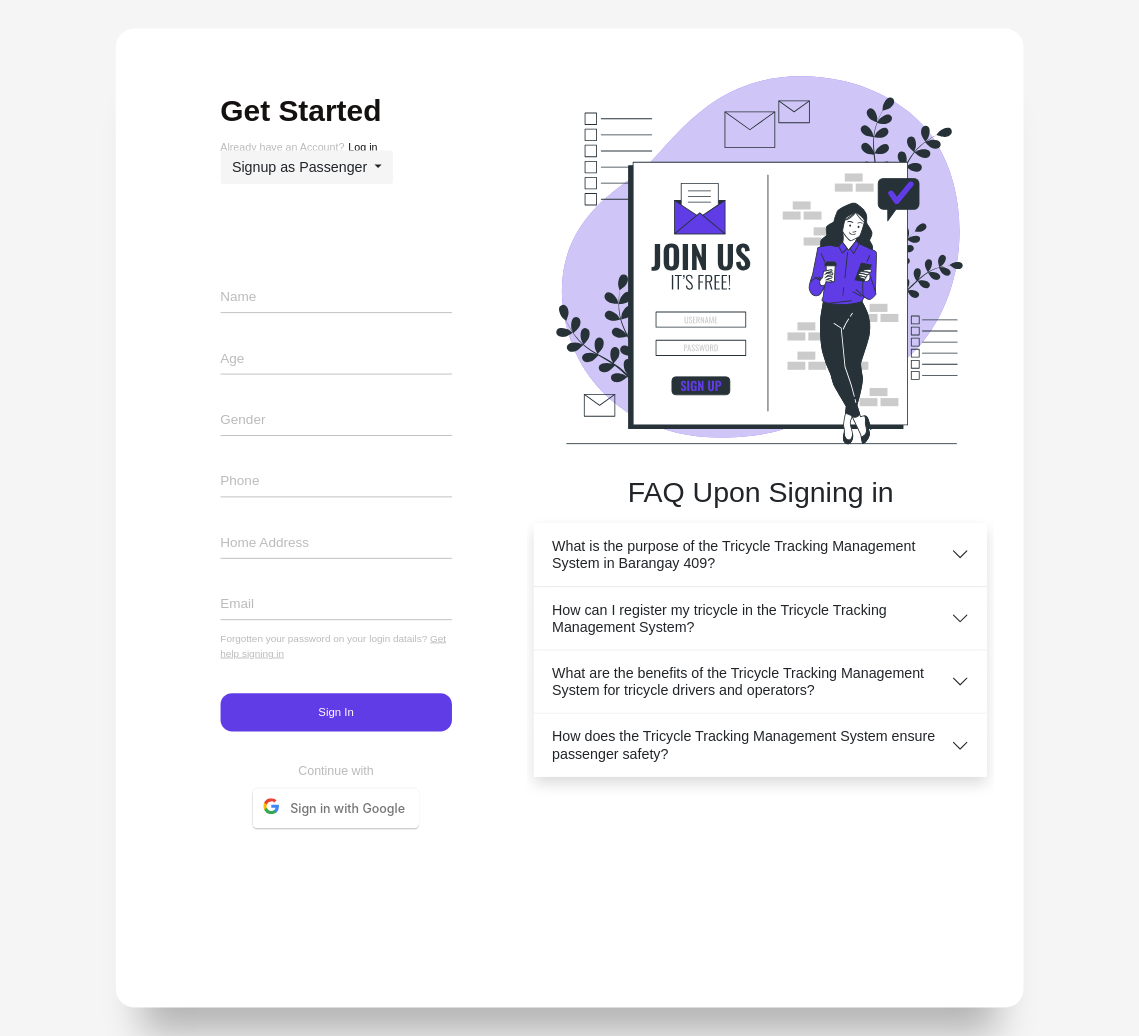
Repository: adrcstro/plate-to-place
Page: http://localhost/Loginsystem/Passenger.php
An editor plug-in stored every save of this project. The page is shown before and after the next save, followed by the edit.
The browser window is 1280 px wide. The pictures show the whole page, at 89% of full size.
Some web fonts or font styles are not loaded; a fallback is used. Some web libraries are served in a nearby version. The page is run by PHP 8.4 with error messages shown; the project is at /var/www/html/.

Above is the page before, as saved 2023-10-31 12:51:00.

### Loginsystem/Passenger.php
<!DOCTYPE html>
<html lang="en">
<head>
    <meta charset="UTF-8">
    <meta name="viewport" content="width=device-width, initial-scale=1.0">
    <link rel="shortcut icon" type="x-icon" href="../images/webicon.png">
    <link rel="stylesheet" href="../css/bootstrap.min.css">
    <link rel="stylesheet" href="https://cdnjs.cloudflare.com/ajax/libs/font-awesome/6.3.0/css/all.min.css" integrity="sha512-SzlrxWUlpfuzQ+pcUCosxcglQRNAq/DZjVsC0lE40xsADsfeQoEypE+enwcOiGjk/bSuGGKHEyjSoQ1zVisanQ==" crossorigin="anonymous" referrerpolicy="no-referrer"/>
    <link rel="stylesheet" href="passenger.css">

    <title>Brangay409-3WHeel-Tracking-System</title>
</head>

<body>

<main>
      <div class="box">
        <div class="inner-box">
          <div class="forms-wrap">
            <form action="index.html" autocomplete="off" class="sign-in-form">

<script>
    function changeLoginType(type) {
        document.getElementById('loginDropdown').innerText = 'Login as ' + type;
    }
</script>
              <div class="heading">
                <h2>Get Started</h2>
                <h6>Already have an Account?</h6>
                <a href="#" class="toggle" data-target="img-2">Log in</a>
              </div>
              <div class="dropdown">
    <button class="btn dropdown-toggle" type="button" data-bs-toggle="dropdown" aria-expanded="false" id="loginDropdown">
        Signup as Passenger
    </button>
    <ul class="dropdown-menu">
        <li><a class="dropdown-item" href="Passenger.php" onclick="changeLoginType('Passenger')">Passenger</a></li>
        <li><a class="dropdown-item" href="Driverlogin.php" onclick="changeLoginType('Driver')">Driver</a></li>

    </ul>
</div>
<div class="formsignin">



              <div class="actual-form">
                <div class="input-wrap">
                  <input
                    type="text"
                    minlength="4"
                    class="input-field"
                    autocomplete="off"
                    required
                  />
                  <label>Name</label>
                </div>

                <div class="input-wrap">
                  <input
                    type="password"
                    minlength="4"
                    class="input-field"
                    autocomplete="off"
                    required
                  />
                  <label>Age</label>
                </div>

                <div class="input-wrap">
                  <input
                    type="text"
                    minlength="4"
                    class="input-field"
                    autocomplete="off"
                    required
                  />
                  <label>Gender</label>
                </div>

                <div class="input-wrap">
                  <input
                    type="text"
                    minlength="4"
                    class="input-field"
                    autocomplete="off"
                    required
                  />
                  <label>Phone</label>
                </div>
                <div class="input-wrap">
                  <input
                    type="text"
                    minlength="4"
                    class="input-field"
                    autocomplete="off"
                    required
                  />
                  <label>Home Address</label>
                </div>

                <div class="input-wrap">
                  <input
                    type="text"
                    minlength="4"
                    class="input-field"
                    autocomplete="off"
                    required
                  />
                  <label>Email</label>
                </div>

                <p class="text">
                  Forgotten your password on your login datails?

                  <a href="Forgotpassword.php" data-target="img-2">Get help signing in</a>
                </p>
                <input type="submit" value="Sign In" class="sign-btn" />
                <h5 id="textcon">Continue with</h5>
                <button type="button" class="login-with-google-btn" >
                Sign in with Google
                 </button>
              </div>
              </div>
            </form>


          </div>
          <div class="carousel">
  <div class="images-wrapper">
    <img src="../images/Signup.svg" class="image img-2 show" alt="" />
  </div>

  <div class="col-md-12">
         <h2 class="mt-2 text-center" id="FAQ">FAQ Upon Signing in</h2>
         <div class="accordion accordion-flush p-2" id="accordionFlushExample">
          <div class="accordion-item bg-white shadow">
            <h2 class="accordion-header">
              <button class="accordion-button collapsed" type="button" data-bs-toggle="collapse" data-bs-target="#flush-collapseOne" aria-expanded="false" aria-controls="flush-collapseOne">
                What is the purpose of the Tricycle Tracking Management System in Barangay 409?
              </button>
            </h2>
            <div id="flush-collapseOne" class="accordion-collapse collapse" data-bs-parent="#accordionFlushExample">
              <div class="accordion-body">The Tricycle Tracking Management System aims to streamline tricycle operations and ensure passenger safety and efficient transportation services within the barangay.</div>
            </div>
          </div>
          <div class="accordion-item shadow">
            <h2 class="accordion-header">
              <button class="accordion-button collapsed" type="button" data-bs-toggle="collapse" data-bs-target="#flush-collapseTwo" aria-expanded="false" aria-controls="flush-collapseTwo">
                How can I register my tricycle in the Tricycle Tracking Management System?
              </button>
            </h2>
            <div id="flush-collapseTwo" class="accordion-collapse collapse" data-bs-parent="#accordionFlushExample">
              <div class="accordion-body">To register your tricycle, visit the barangay office and submit the required documents, including the tricycle's registration papers, driver's license, and other necessary permits.</div>
            </div>
          </div>
          <div class="accordion-item shadow">
            <h2 class="accordion-header">
              <button class="accordion-button collapsed" type="button" data-bs-toggle="collapse" data-bs-target="#flush-collapseThree" aria-expanded="false" aria-controls="flush-collapseThree">
                What are the benefits of the Tricycle Tracking Management System for tricycle drivers and operators?
              </button>
            </h2>
            <div id="flush-collapseThree" class="accordion-collapse collapse" data-bs-parent="#accordionFlushExample">
              <div class="accordion-body">The system provides improved transparency in fare collection, enhances security measures for both drivers and passengers, and facilitates better route planning, leading to increased efficiency and profitability for tricycle operators.
              </div>
            </div>
          </div>

          <div class="accordion-item shadow">
            <h2 class="accordion-header">
              <button class="accordion-button collapsed" type="button" data-bs-toggle="collapse" data-bs-target="#flush-collapseFour" aria-expanded="false" aria-controls="flush-collapseFour">
                How does the Tricycle Tracking Management System ensure passenger safety?
              </button>
            </h2>
            <div id="flush-collapseFour" class="accordion-collapse collapse" data-bs-parent="#accordionFlushExample">
              <div class="accordion-body">The system integrates safety measures such as  Report Management, Legal Action Provider, and driver identification features, which enable swift responses to any emergency situations during tricycle rides.</div>
            </div>
          </div>



        </div>
         </div>


</div>
        </div>
      </div>
    </main>



</body>
<script src="../js/bootstrap.bundle.js"></script>
    <script src="login.js"></script>

</html>

### Loginsystem/passenger.css
@import url("https://fonts.googleapis.com/css2?family=Poppins:wght@200;300;400;500;600;700;800&display=swap");
@import url('https://fonts.googleapis.com/css2?family=Advent+Pro:wght@200&display=swap');
@import url('https://fonts.googleapis.com/css2?family=Advent+Pro:wght@200&family=Montserrat+Alternates&display=swap');
@import url('http://fonts.googleapis.com/css?family=Open+Sans:400,700');
*,
*::before,
*::after {
  padding: 0;
  margin: 0;
  box-sizing: border-box;
}
#textcon{
  padding: 4px;
  text-align: center;
  color: #bababa;
  font-size: 14px;
}
.login-with-google-btn {
  transition: background-color .3s, box-shadow .3s;
  padding: 12px 16px 12px 42px;
  border: none;
  border-radius: 5px;
  box-shadow: 0 -1px 0 rgba(0, 0, 0, .04), 0 1px 1px rgba(0, 0, 0, .25);
  display: block;
    margin: auto;
  color: #757575;
  font-size: 14px;
  font-weight: 500;
  font-family: -apple-system,BlinkMacSystemFont,"Segoe UI",Roboto,Oxygen,Ubuntu,Cantarell,"Fira Sans","Droid Sans","Helvetica Neue",sans-serif;

  background-image: url(data:[embedded picture, 822 characters]);
  background-color: white;
  background-repeat: no-repeat;
  background-position: 12px 11px;

  &:hover {
    background-color: #f3f3f3b6;
  }

  &:active {
    background-color: #eeeeee;
  }
}
  &:focus {
    outline: none;
    box-shadow:
      0 -1px 0 rgba(0, 0, 0, .04),
      0 2px 4px rgba(0, 0, 0, .25),
      0 0 0 3px #c8dafc;
  }

.logo {
  text-align: center;
}
.logo br {
  font-size: 1px; /* Adjust the font size as per your requirement */
}
body,
input {
  font-family: 'Montserrat Alternates', sans-serif;

}
#loginDropdown{
  background-color: whitesmoke;
}

main {
  width: 100%;
  min-height: 100vh;
  overflow: hidden;
  background-color: whitesmoke;
  padding: 2rem;
  display: flex;
  align-items: center;
  justify-content: center;
}

.box {
  position: relative;
  width: 100%;
  max-width: 1020px;
  height: 1100px;
  background-color: #fff;
  border-radius: 1.3rem;
  box-shadow: 0 60px 40px -30px rgba(0, 0, 0, 0.27);
}

.inner-box {
  position: absolute;
  width: calc(100% - 4.1rem);
  height: calc(100% - 4.1rem);
  top: 50%;
  left: 50%;
  transform: translate(-50%, -50%);
}

.forms-wrap {
  position: absolute;
  height: 100%;
  width: 45%;
  top: 0;
  left: 0;
  display: grid;
  grid-template-columns: 1fr;
  grid-template-rows: 1fr;
  transition: 0.8s ease-in-out;
}

form {
  max-width: 260px;
  width: 100%;
  margin: 0 auto;
  height: 100%;
  display: flex;
  flex-direction: column;
  justify-content: space-evenly;
  grid-column: 1 / 2;
  grid-row: 1 / 2;
  transition: opacity 0.02s 0.4s;
  border: #aaa;
}

form.sign-up-form {
  opacity: 0;
  pointer-events: none;

}

.logo {
  display: flex;
  align-items: center;
}


.logo h4 {
  font-size: 1.1rem;
  margin-top: -9px;
  letter-spacing: -0.5px;
  color: #151111;
}

.heading h2 {
  font-size: 2.1rem;
  font-weight: 600;
  color: #151111;
}

.heading h6 {
  color: #bababa;
  font-weight: 400;
  font-size: 0.75rem;
  display: inline;
}

.toggle {
  color: #151111;
  text-decoration: none;
  font-size: 0.75rem;
  font-weight: 500;
  transition: 0.3s;
}

.toggle:hover {
  color: #8371fd;
}

.input-wrap {
  position: relative;
  height: 37px;
  margin-bottom: 2rem;
}

.input-field {
  position: absolute;
  width: 100%;
  height: 100%;
  background: none;
  border: none;
  outline: none;
  border-bottom: 1px solid #bbb;
  padding: 0;
  font-size: 0.95rem;
  color: #151111;
  transition: 0.4s;
}

label {
  position: absolute;
  left: 0;
  top: 50%;
  transform: translateY(-50%);
  font-size: 0.95rem;
  color: #bbb;
  pointer-events: none;
  transition: 0.4s;
}

.input-field.active {
  border-bottom-color: #151111;
}

.input-field.active + label {
  font-size: 0.75rem;
  top: -2px;
}
.logtext{
  margin-top: -1rem;
}
.sign-btn {
  display: inline-block;
  width: 100%;
  height: 43px;
  background-color: #603ce6;
  color: #fff;
  border: none;
  cursor: pointer;
  border-radius: 0.8rem;
  font-size: 0.8rem;
  margin-bottom: 2rem;
  transition: 0.3s;
}
.show {
  display: block;
}

.FAQESTION{
  margin-top: -3rem;
}



.hide {
  display: none;
}

.sign-btn:hover {
  background-color: #6a5cc4;
}

.text {
  color: #bbb;
  font-size: 0.7rem;
  transform: translateY(-20px);
}

.text a {
  color: #bbb;
  transition: 0.3s;

}




.text a:hover {
  color: #8371fd;
}

main.sign-up-mode form.sign-in-form {
  opacity: 0;
  pointer-events: none;
}

main.sign-up-mode form.sign-up-form {
  opacity: 1;
  pointer-events: all;
}

main.sign-up-mode .forms-wrap {
  left: 55%;
}

main.sign-up-mode .carousel {
  left: 0%;
}

.carousel {
  position: absolute;
  height: 100%;
  width: 55%;
  left: 45%;
  top: 0;
  background-color: white;
  border-radius: 2rem;
  display: grid;
  grid-template-rows: auto 1fr;
  padding-bottom: 2rem;
  overflow: hidden;
  transition: 0.8s ease-in-out;
}

.images-wrapper {
  display: grid;
  grid-template-columns: 1fr;
  grid-template-rows: 1fr;
}
.hide {
  display: none;
}
.image {
  width: 100%;
 height: 90%;
  grid-column: 1/2;
  grid-row: 1/2;
  opacity: 0;
  transition: opacity 0.3s, transform 0.5s;
}

.img-1 {
  transform: translate(0, -50px);
}

.img-2 {
  transform: scale(0.4, 0.5);
}

.img-3 {
  transform: scale(0.3) rotate(-20deg);
}

.image.show {
  opacity: 1;
  transform: none;
}

.text-slider {
  display: flex;
  align-items: center;
  justify-content: center;
  flex-direction: column;
margin-top: -4rem;

}

.text-wrap {
  max-height: 3.1rem;
  overflow: hidden;
  margin-bottom: 2.3rem;
}

.text-group {
  display: flex;
  flex-direction: column;
  text-align: center;
  transform: translateY(0);
  transition: 0.5s;
}

.text-group h2 {
  line-height: 2.2rem;
  font-weight: 600;
  font-size: 1.6rem;
}

.bullets {
  display: flex;
  align-items: center;
  justify-content: center;
  margin-top: -2.4rem;
}

.bullets span {
  display: block;
  width: 0.5rem;
  height: 0.5rem;
  background-color: #aaa;
  margin: 0 0.25rem;
  border-radius: 50%;
  cursor: pointer;
  transition: 0.3s;
}
.dropdown{
  margin-top: -7rem;
}
.actual-form{
  margin-top: -6rem;
}
.bullets span.active {
  width: 1.1rem;
  background-color: #151111;
  border-radius: 1rem;
}
.actual-form{
  margin-top: 20px;
  }
  .col-md-12{
    margin-top: -4rem;
  }

  .sign-in-form{
    margin-top: -4rem;
  }
.formsignin{
  margin-top: -1rem;
}

@media (max-width: 850px) {
  .box {
    height: auto;
    max-width: 550px;
    overflow: hidden;
  }

  .inner-box {
    position: static;
    transform: none;
    width: revert;
    height: revert;
    padding: 2rem;
  }

  .forms-wrap {
    position: revert;
    width: 100%;
    height: auto;
  }

  form {
    max-width: revert;
    padding: 1.5rem 2.5rem 2rem;
    transition: transform 0.8s ease-in-out, opacity 0.45s linear;
  }

  .heading {
    margin: 2rem 0;
  }

  form.sign-up-form {
    transform: translateX(100%);
  }

  main.sign-up-mode form.sign-in-form {
    transform: translateX(-100%);
  }

  main.sign-up-mode form.sign-up-form {
    transform: translateX(0%);
  }

  .carousel {
    position: revert;
    height: auto;
    width: 100%;
    padding: 3rem 2rem;
    display: flex;
  }

  .images-wrapper {
    display: none;
  }

  .text-slider {
    width: 100%;
  }

  .text-slider{
    margin-top: 3rem;
}
.actual-form{
margin-top: 2rem;
}
.col-md-12{
  margin-top: -3rem;
}
.dropdown{
  margin-top: -1rem;
}
.sign-in-form{
  margin-top: -1rem;
}

.formsignin{
  margin-top: 1rem;
}


}

@media (max-width: 528px) {
  main {
    padding: 1rem;
  }

  .box {
    border-radius: 2rem;
  }

  .inner-box {
    padding: 1rem;
  }

  .carousel {
    padding: 1.5rem 1rem;
    border-radius: 1.6rem;
  }

  .text-wrap {
    margin-bottom: 1rem;
  }

  .text-group h2 {
    font-size: 1.2rem;
  }

  form {
    padding: 1rem 2rem 1.5rem;
  }

  .bullets{
    margin-top: -1rem;
}
.col-md-12{
  margin-top: 1rem;
}


}








@media (max-width: 390px) {
    .text-slider{
        margin-top: 2rem;
    }

}

### Loginsystem/login.js
const inputs = document.querySelectorAll(".input-field");
const toggle_btn = document.querySelectorAll(".toggle");
const main = document.querySelector("main");
const bullets = document.querySelectorAll(".bullets span");
const images = document.querySelectorAll(".image");

inputs.forEach((inp) => {
  inp.addEventListener("focus", () => {
    inp.classList.add("active");
  });
  inp.addEventListener("blur", () => {
    if (inp.value != "") return;
    inp.classList.remove("active");
  });
});

toggle_btn.forEach((btn) => {
  btn.addEventListener("click", () => {
    main.classList.toggle("sign-up-mode");
  });
});

function moveSlider() {
  let index = this.dataset.value;

  let currentImage = document.querySelector(`.img-${index}`);
  images.forEach((img) => img.classList.remove("show"));
  currentImage.classList.add("show");

  const textSlider = document.querySelector(".text-group");
  textSlider.style.transform = `translateY(${-(index - 1) * 2.2}rem)`;

  bullets.forEach((bull) => bull.classList.remove("active"));
  this.classList.add("active");
}

bullets.forEach((bullet) => {
  bullet.addEventListener("click", moveSlider);
});

document.addEventListener('DOMContentLoaded', function () {
  const toggleLinks = document.querySelectorAll('.toggle');
  toggleLinks.forEach(function(toggleLink) {
    toggleLink.addEventListener('click', function (event) {
      event.preventDefault();
      const targetId = toggleLink.getAttribute('data-target');
      const textSlider = document.querySelector('.text-group');
      if (targetId === 'img-1') {
        const targetText = 'Get Started';
        textSlider.innerHTML = `<h2>${targetText}</h2>`;
      } else if (targetId === 'img-2') {
        const targetText = 'Join us';
        textSlider.innerHTML = `<h2>${targetText}</h2>`;
      }
    });
  });
});

Loaded but not shown: css/bootstrap.min.css (library); js/bootstrap.bundle.js (library); Images/Signup.svg (1 lines, source omitted)

After the next save:
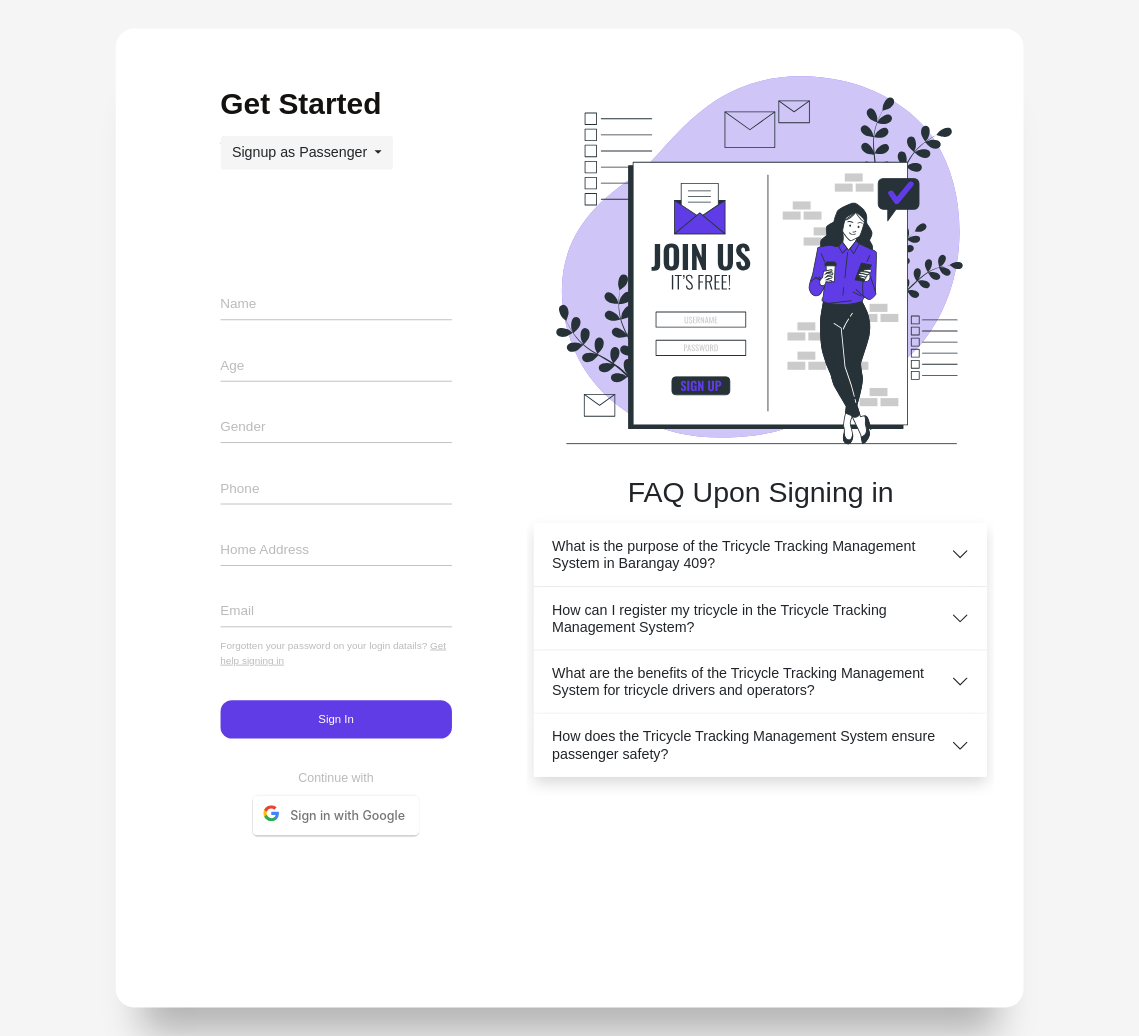
Saved 7 s later.
--- a/Loginsystem/passenger.css
+++ b/Loginsystem/passenger.css
@@ -391,7 +391,7 @@ margin-top: -4rem;
     margin-top: -4rem;
   }
 .formsignin{
-  margin-top: -1rem;
+  margin-top: 1rem;
 }
 
 @media (max-width: 850px) {
